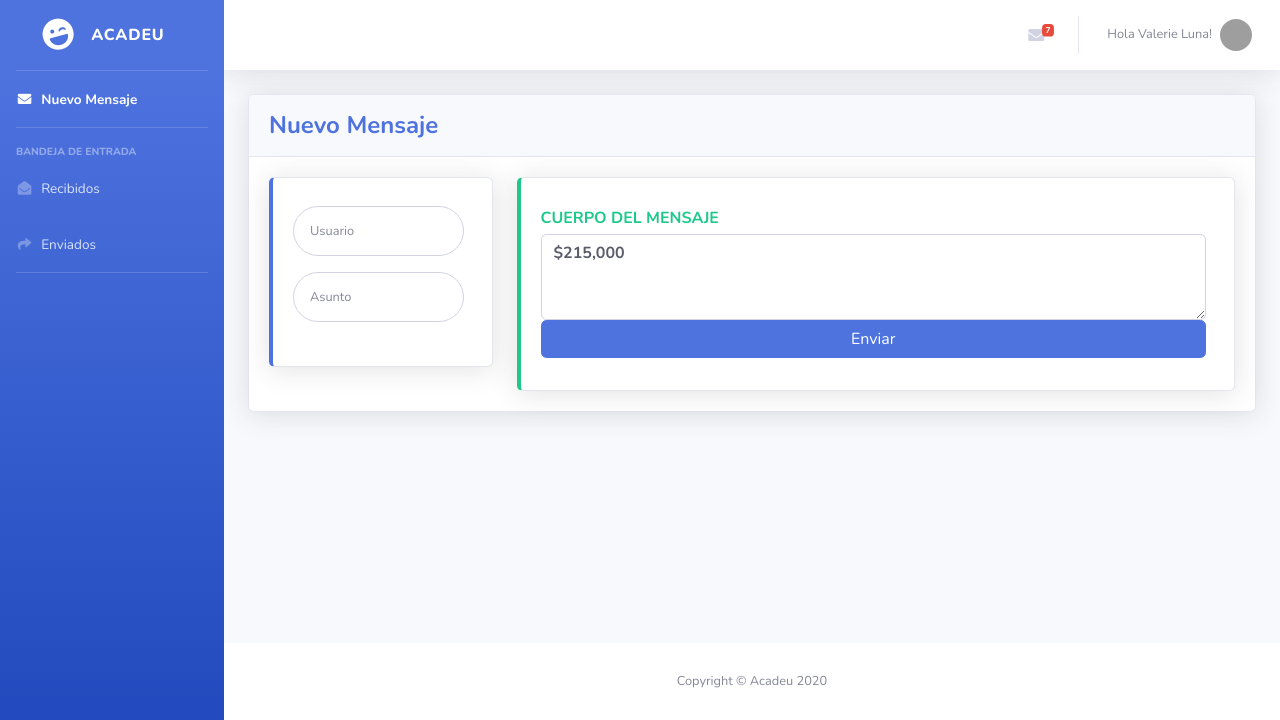
Repository: nicolask92/spring_java_test
Page: http://localhost/nuevo-mensaje
An editor plug-in stored every save of this project. The page is shown before and after the next save, followed by the edit.
The browser window is 1280 px wide. The pictures show the whole page.
Pictures or frames that could not be fetched are drawn as grey boxes. The page is this project's Thymeleaf template; nobody is signed in. The template is opened directly, without the code that normally fills it, so the values that code supplies are empty.

Above is the page before, as saved 2020-06-13 21:52:42.

After the next save:
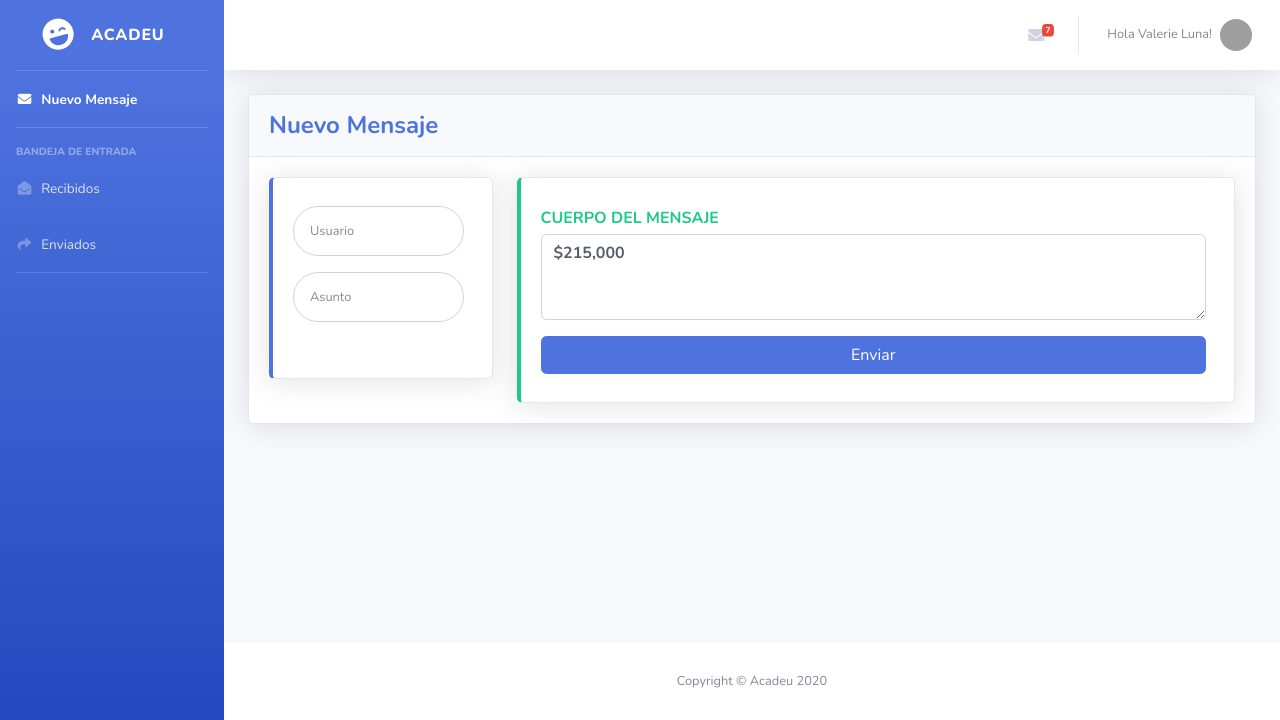
Saved 17 s later.
--- a/spring-tutorial/src/main/resources/templates/nuevo-mensaje.html
+++ b/spring-tutorial/src/main/resources/templates/nuevo-mensaje.html
@@ -241,7 +241,7 @@
 														class="form-control h6 mb-0 font-weight-bold text-gray-800"
 														id="Textarea" rows="3">$215,000</textarea>
 														<a href="index.html"
-															class="btn btn-primary btn-user btn-block"> Enviar </a>
+															class="btn mt-3 btn-primary btn-user btn-block"> Enviar </a>
 												</div>
 												</form>
 											</div>
